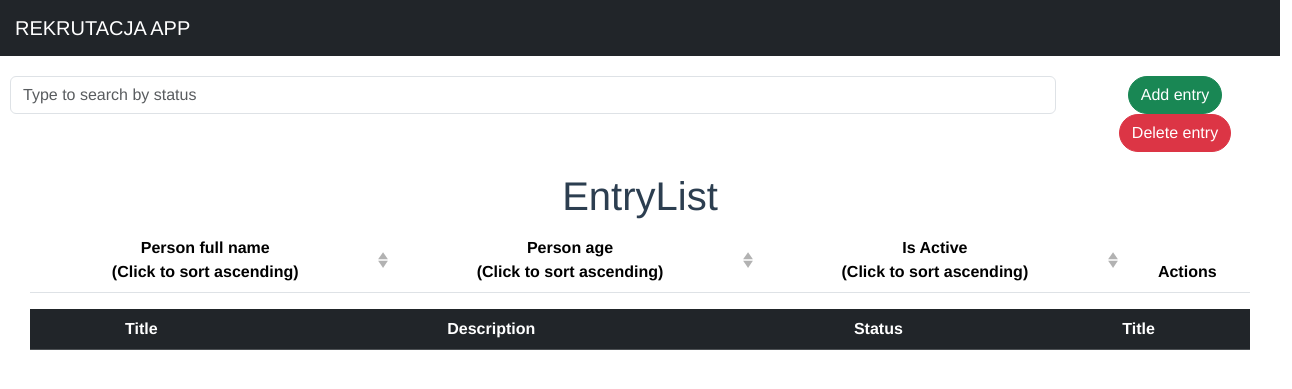
Repository: Madaless/vue_elastic
Page: / (app in vuejsapp/crudapp/)
The author's editor kept a copy of each file at every save. The page is drawn from the files as they stood at one save, then again after the next save.
The browser window is 1280 px wide. The page is 1292 px wide, so the pictures cover 1292 px, including what lies to the right of the window. The pictures show the whole page.
The page's requests for data from a server got no answer. The project was rebuilt for these pictures with package versions that can differ from the ones it lists, and the page was loaded fresh each time. No one was signed in, and anything a server would have sent is missing.

Above is the page before, as saved 2021-09-12 16:11:31.

After the next save:
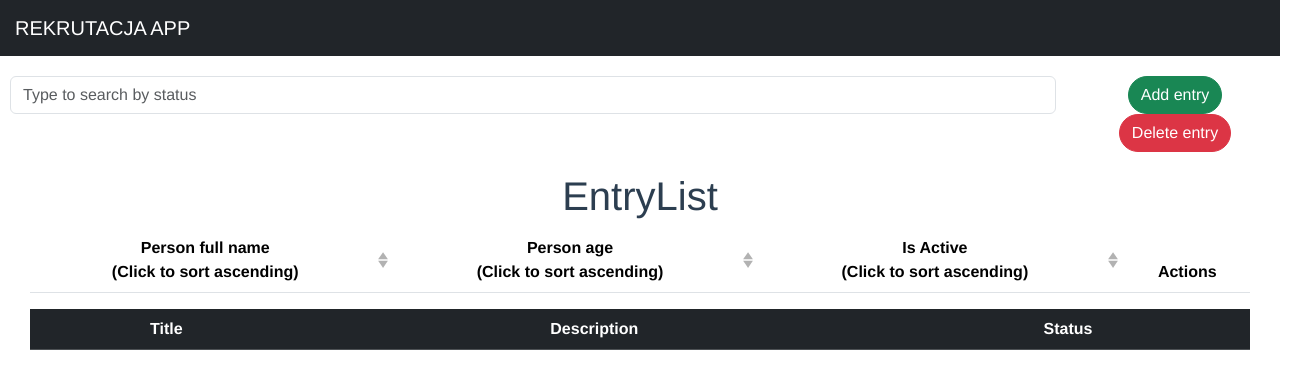
Saved 88 s later.
--- a/vuejsapp/crudapp/src/components/EntryList.vue
+++ b/vuejsapp/crudapp/src/components/EntryList.vue
@@ -37,7 +37,6 @@
             <th>Title</th>
             <th>Description</th>
             <th>Status</th>
-            <th>Title</th>
           </tr>
         </thead>
         <tbody>
